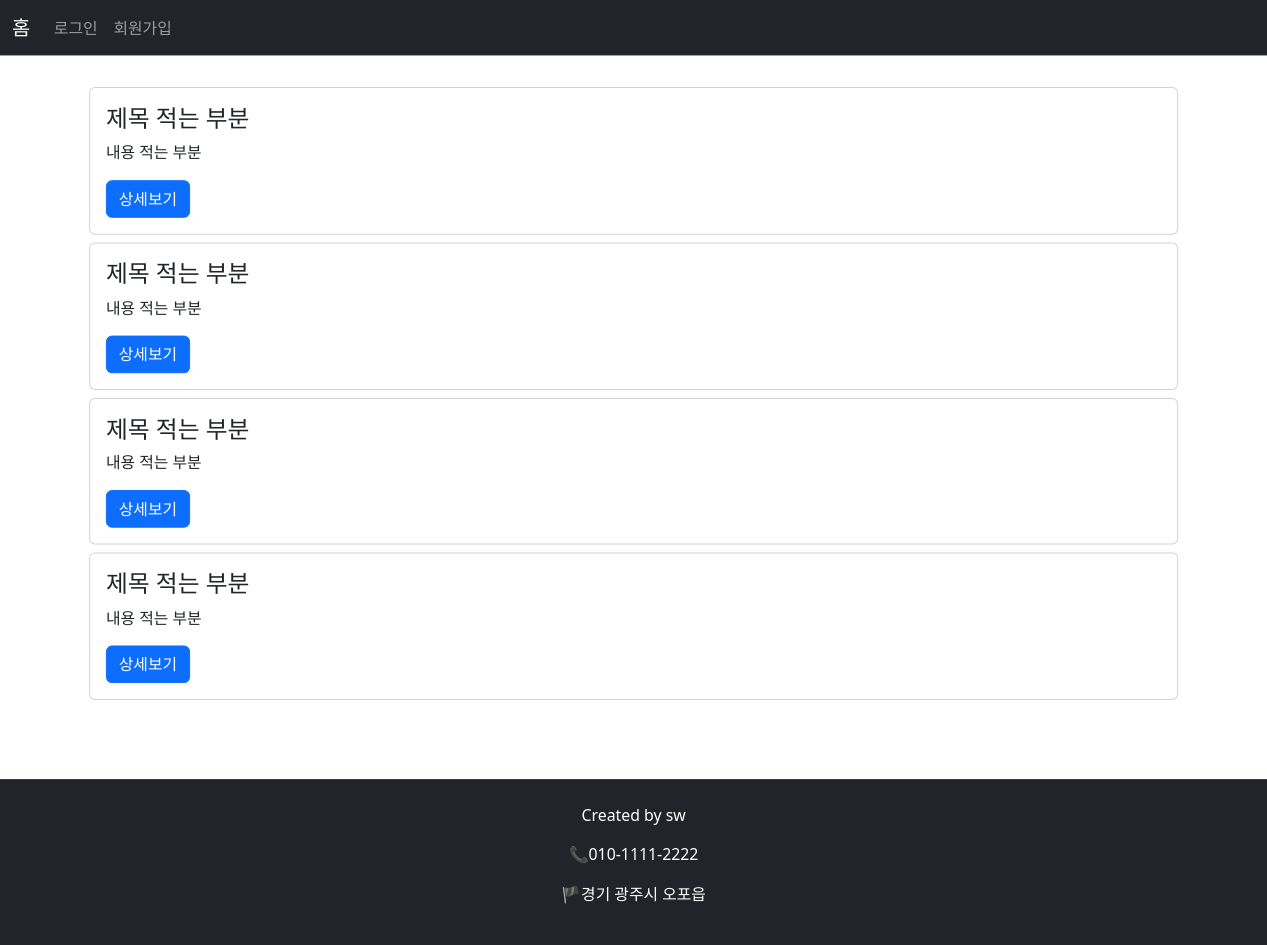
Repository: ksw0502/Springboot-JPA-Blog
Page: http://localhost/blog/WEB-INF/views/index.jsp
An editor plug-in stored every save of this project. The page is shown before and after the next save, followed by the edit.
The browser window is 1280 px wide. The pictures show the whole page, at 99% of full size.
The page is served by Tomcat 9. Nobody is signed in. The template is opened directly, without the code that normally fills it, so the values that code supplies are empty.

Above is the page before, as saved 2023-11-25 16:27:34.

After the next save:
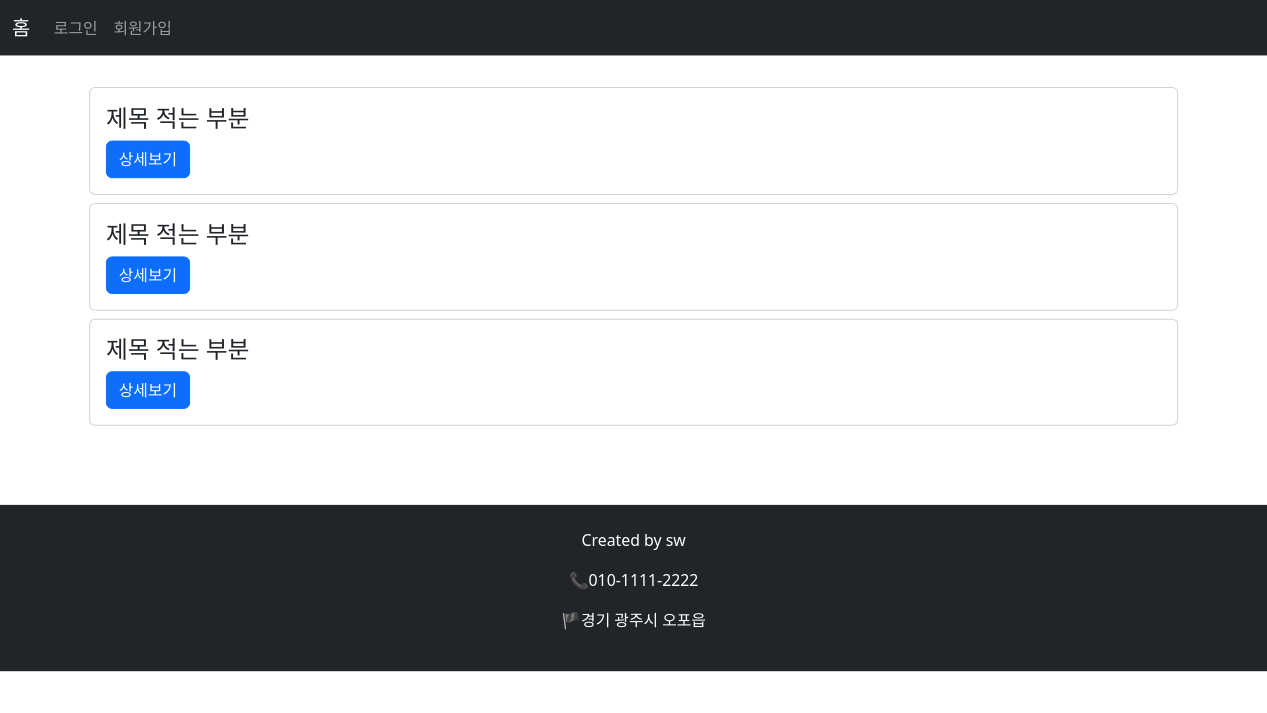
Saved 104 s later.
--- a/blog/src/main/webapp/WEB-INF/views/index.jsp
+++ b/blog/src/main/webapp/WEB-INF/views/index.jsp
@@ -6,7 +6,6 @@
 	<div class="card m-2">
 		<div class="card-body">
 			<h4 class="card-title">제목 적는 부분</h4>
-			<p class="card-text">내용 적는 부분</p>
 			<a href="#" class="btn btn-primary">상세보기</a>
 		</div>
 	</div>
@@ -14,7 +13,6 @@
 	<div class="card m-2">
 		<div class="card-body">
 			<h4 class="card-title">제목 적는 부분</h4>
-			<p class="card-text">내용 적는 부분</p>
 			<a href="#" class="btn btn-primary">상세보기</a>
 		</div>
 	</div>
@@ -22,20 +20,11 @@
 	<div class="card m-2">
 		<div class="card-body">
 			<h4 class="card-title">제목 적는 부분</h4>
-			<p class="card-text">내용 적는 부분</p>
 			<a href="#" class="btn btn-primary">상세보기</a>
 		</div>
 	</div>
 
 
-	<div class="card m-2">
-		<div class="card-body">
-			<h4 class="card-title">제목 적는 부분</h4>
-			<p class="card-text">내용 적는 부분</p>
-			<a href="#" class="btn btn-primary">상세보기</a>
-		</div>
-	</div>
-
 
 </div>
 <%@ include file="layout/footer.jsp"%>
